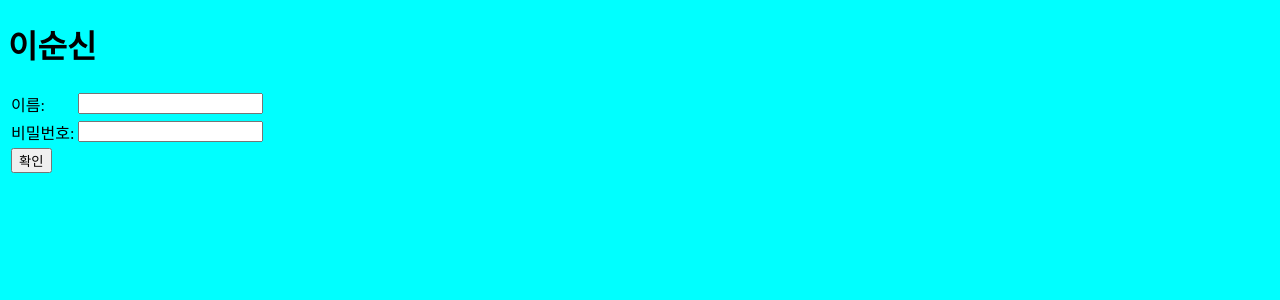
Repository: htsgts/JavaFramework
Page: workspace/Chapter01/src/main/resources/static/first.html
These files come from the project's save history. The page is drawn as it stood at one moment and after the next save; the edit follows.
The browser window is 1280 px wide. The pictures show the whole page.

Above is the page before, as saved 2024-03-11 00:13:11.

### workspace/Chapter01/src/main/resources/static/first.html
<!DOCTYPE html>
<html>
	<head>
		<meta charset="utf-8">
		<style>
			body {background-color: aqua;}
		</style>
	</head>
	<body>
		<h1>이순신</h1>
		<form action="response.html" method="get">
			<table>
				<tr><td>이름: </td><td><input type="text" name="name"/></td></tr>
				<tr><td>비밀번호: </td><td><input type="password" name="password" /></td></tr>
				<tr><td colspan="2"><input type="submit" value="확인"/></td>
				</tr>
			</table>
		</form>
	</body>
</html>

After the next save:
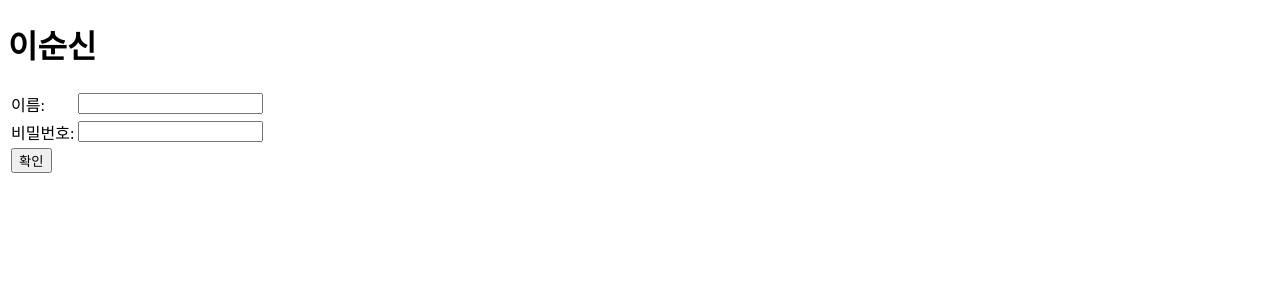
Saved 3 min 59 s later.
--- a/workspace/Chapter01/src/main/resources/static/first.html
+++ b/workspace/Chapter01/src/main/resources/static/first.html
@@ -3,7 +3,9 @@
 	<head>
 		<meta charset="utf-8">
 		<style>
-			body {background-color: aqua;}
+			body {
+				font-family: 궁서체 바탕체;
+				}
 		</style>
 	</head>
 	<body>
